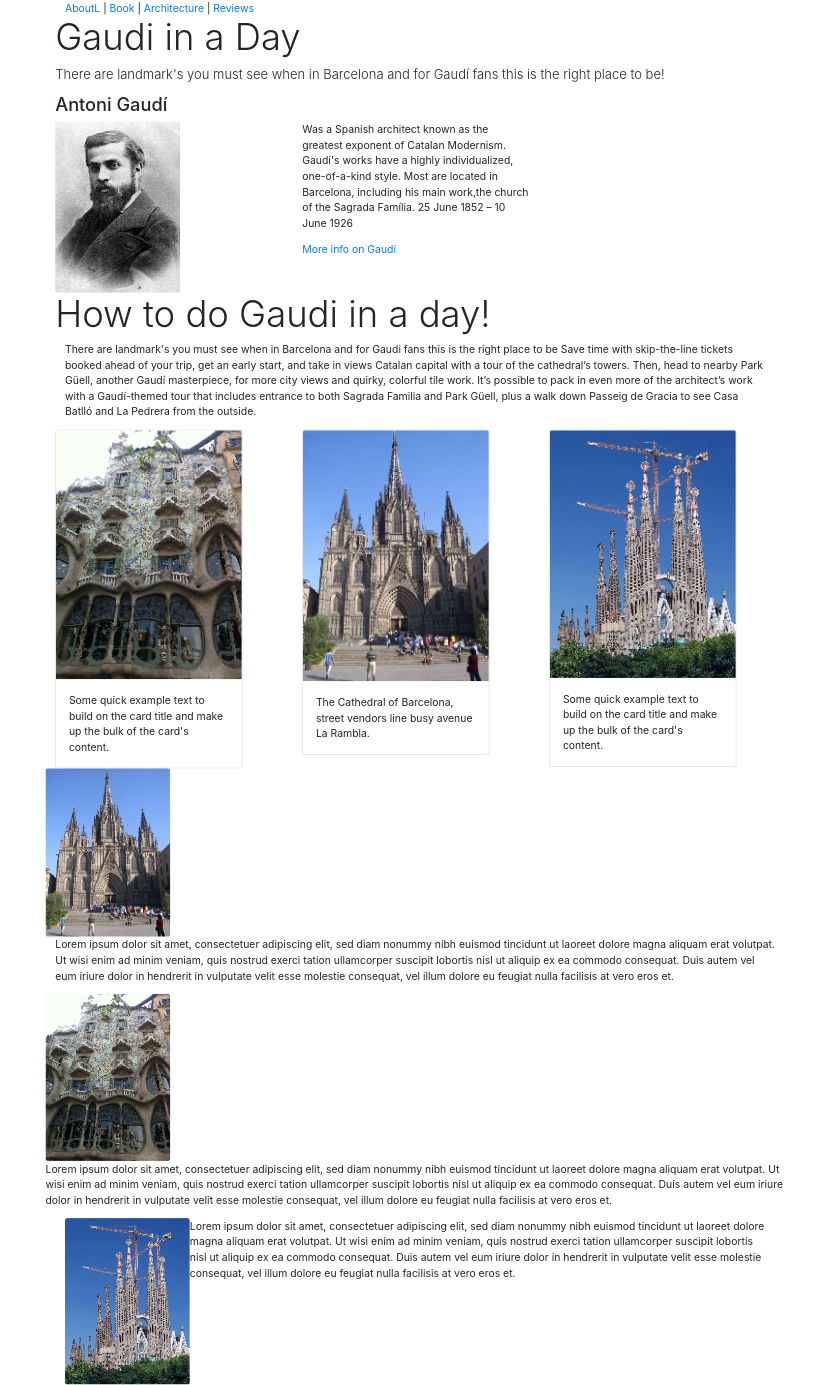
Repository: Taitdanielle/Milestone1
Page: index.html
The author's editor kept a record of every edit. The page is drawn from the files as they stood at one moment, then again after the next edit.
The browser window is 1280 px wide. The pictures show the whole page, at 65% of full size.

Above is the page before.

### index.html
<!DOCTYPE html>
<html lang="en">

    <head>
        <title>Gaudí in a day!</title>
        <meta charset="UTF-8">
        <meta name="viewport" content="width=device-width, initial-scale=1.0">
        <meta http-equiv="X-UA-Compatible" content="ie=edge">
        <link rel="stylesheet" href="css/style.css" type="text/css" />
        <link href="https://fonts.googleapis.com/css?family=Lato&display=swap" rel="stylesheet">
        <link rel="stylesheet" href="https://stackpath.bootstrapcdn.com/bootstrap/4.3.1/css/bootstrap.min.css" integrity="sha384-ggOyR0iXCbMQv3Xipma34MD+dH/1fQ784/j6cY/iJTQUOhcWr7x9JvoRxT2MZw1T" crossorigin="anonymous">
    </head>

    <nav>
        <div class="container">
            <div class="col-md-12">
                <a href="/about/">AboutL</a> |
                <a href="/book/">Book</a> |
                <a href="/architecture/">Architecture</a> |
                <a href="/reviews/">Reviews</a>
            </div>
        </div>
    </nav>


    <body class="background-color:#FDF7FF;">

        <div class="container">
            <h1 class="display-4">Gaudi in a Day</h1>
            <p class="lead">There are landmark's you must see when in Barcelona and for Gaudí fans this is the right place to be!</p>
        </div>

        <div class="container">
            <div class="row">
                <div class="col-md-12 title-heading-conatainer">
                    <h3 class="title-heading"> Antoni Gaudí </h3>
                </div>
                <div class="col-md-4">
                    <img src="images/gaudi.jpg" </img>
                </div>
                <div class="col-md-4">
                    <p>Was a Spanish architect known as the greatest exponent of Catalan Modernism. Gaudí's works have a highly individualized, one-of-a-kind style. Most are located in Barcelona, including his main work,the church of the Sagrada Família. 25
                        June 1852 – 10 June 1926 </p>
                    <a href="https://en.wikipedia.org/wiki/Antoni_Gaud%C3%AD">More info on Gaudí</a>
                </div>
            </div>
        </div>

        <div class="container">
            <h2 class="display-4"> How to do Gaudi in a day!</h2>
            <p class="col-md-12"> There are landmark's you must see when in Barcelona and for Gaudi fans this is the right place to be Save time with skip-the-line tickets booked ahead of your trip, get an early start, and take in views Catalan capital with a tour of the cathedral’s
                towers. Then, head to nearby Park Güell, another Gaudí masterpiece, for more city views and quirky, colorful tile work. It’s possible to pack in even more of the architect’s work with a Gaudí-themed tour that includes entrance to both Sagrada
                Familia and Park Güell, plus a walk down Passeig de Gracia to see Casa Batlló and La Pedrera from the outside. </p>
        </div>

        <!-- image cards -->
        <div class="container">
            <div class="row">
                <div class="col-md-4">
                    <div class="card" style="width: 18rem;">
                        <img src="images/gaudi2.jpg" class="card-img-top" alt="Casa Battlo Building">
                        <div class="card-body">
                            <p class="card-text">Some quick example text to build on the card title and make up the bulk of the card's content.</p>
                        </div>
                    </div>
                </div>
                <div class="col-md-4">
                    <div class="card" style="width: 18rem;">
                        <img src="images/Sta-eulalia.jpg" class="card-img-top" alt=" Barri Gotic Building">
                        <div class="card-body">
                            <p class="card-text">The Cathedral of Barcelona, street vendors line busy avenue La Rambla.</p>
                        </div>
                    </div>
                </div>
                <div class="col-md-4">
                    <div class="card" style="width: 18rem;">
                        <img src="images/sagrada-familia-1028930_1920.jpg" class="card-img-top" alt="sagrada-familia-building">
                        <div class="card-body">
                            <p class="card-text">Some quick example text to build on the card title and make up the bulk of the card's content.</p>
                        </div>
                    </div>
                </div>
            </div>
        </div>

        <div class="container">
            <div class="row">
                    <img src="images/Sta-eulalia.jpg" class="rounded float-left" alt="barrigotic building">
                </div>

                    <p> Lorem ipsum dolor sit amet, consectetuer adipiscing elit, sed diam nonummy nibh euismod tincidunt ut laoreet dolore magna aliquam erat volutpat. Ut wisi enim ad minim veniam, quis nostrud exerci tation ullamcorper suscipit lobortis nisl
                        ut aliquip ex ea commodo consequat. Duis autem vel eum iriure dolor in hendrerit in vulputate velit esse molestie consequat, vel illum dolore eu feugiat nulla facilisis at vero eros et.</p>
                </div>
    <div class="container">
                <div class="row">
                    <img src="images/gaudi2.jpg" class="rounded float-right" alt="...">
                    <p> Lorem ipsum dolor sit amet, consectetuer adipiscing elit, sed diam nonummy nibh euismod tincidunt ut laoreet dolore magna aliquam erat volutpat. Ut wisi enim ad minim veniam, quis nostrud exerci tation ullamcorper suscipit lobortis nisl
                        ut aliquip ex ea commodo consequat. Duis autem vel eum iriure dolor in hendrerit in vulputate velit esse molestie consequat, vel illum dolore eu feugiat nulla facilisis at vero eros et.</p>
                </div>
    <div class="container">

                    <img src="images/sagrada-familia-1028930_1920.jpg" class="rounded float-left" alt="...">
                    <p> Lorem ipsum dolor sit amet, consectetuer adipiscing elit, sed diam nonummy nibh euismod tincidunt ut laoreet dolore magna aliquam erat volutpat. Ut wisi enim ad minim veniam, quis nostrud exerci tation ullamcorper suscipit lobortis nisl
                        ut aliquip ex ea commodo consequat. Duis autem vel eum iriure dolor in hendrerit in vulputate velit esse molestie consequat, vel illum dolore eu feugiat nulla facilisis at vero eros et.</p>
                </div>
            </div>
    </div>
    </body>
</html>

### css/style.css
container {
    background-color: #FBEAFF;
}

After the next edit:
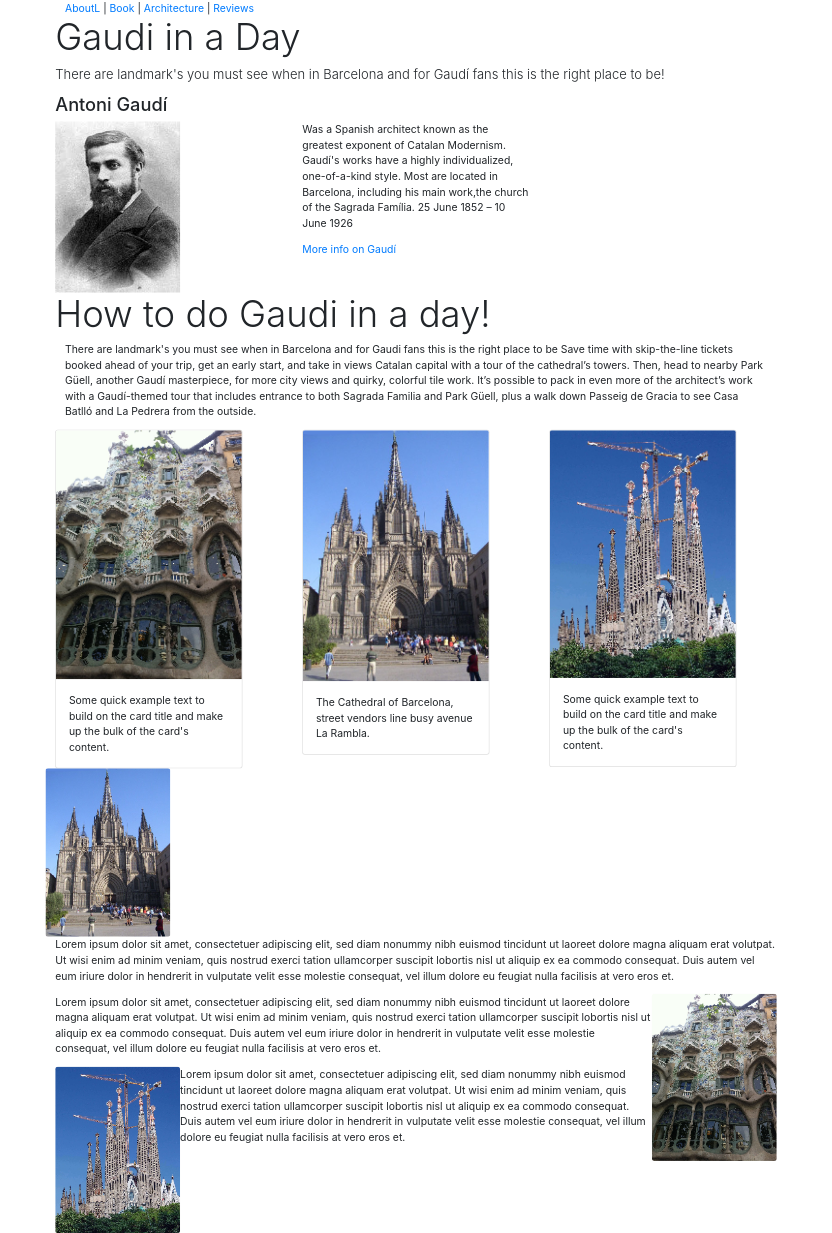
The edit:
--- a/index.html
+++ b/index.html
@@ -92,7 +92,7 @@
                         ut aliquip ex ea commodo consequat. Duis autem vel eum iriure dolor in hendrerit in vulputate velit esse molestie consequat, vel illum dolore eu feugiat nulla facilisis at vero eros et.</p>
                 </div>
     <div class="container">
-                <div class="row">
+
                     <img src="images/gaudi2.jpg" class="rounded float-right" alt="...">
                     <p> Lorem ipsum dolor sit amet, consectetuer adipiscing elit, sed diam nonummy nibh euismod tincidunt ut laoreet dolore magna aliquam erat volutpat. Ut wisi enim ad minim veniam, quis nostrud exerci tation ullamcorper suscipit lobortis nisl
                         ut aliquip ex ea commodo consequat. Duis autem vel eum iriure dolor in hendrerit in vulputate velit esse molestie consequat, vel illum dolore eu feugiat nulla facilisis at vero eros et.</p>
